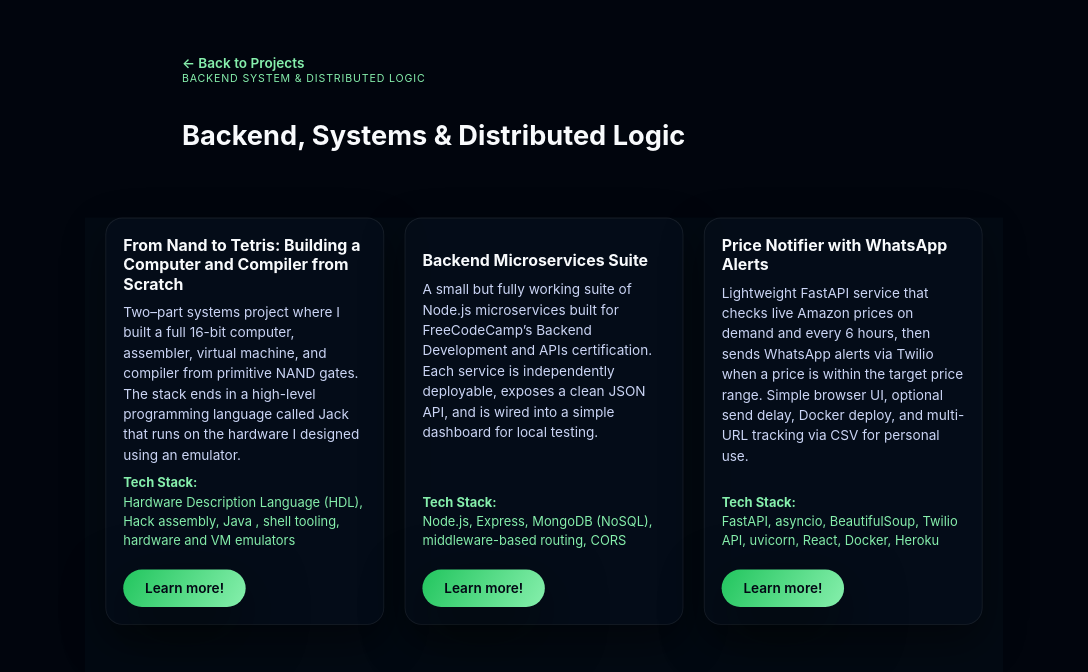
Repository: Abdulaziz-04/Abdulaziz-04.github.io
Page: projects/backend_systems.html
The author's editor kept a copy of each file at every save. The page is drawn from the files as they stood at one save, then again after the next save.
The browser window is 1280 px wide. The pictures show the whole page, at 85% of full size.

Above is the page before, as saved 2025-11-21 17:44:26.

After the next save:
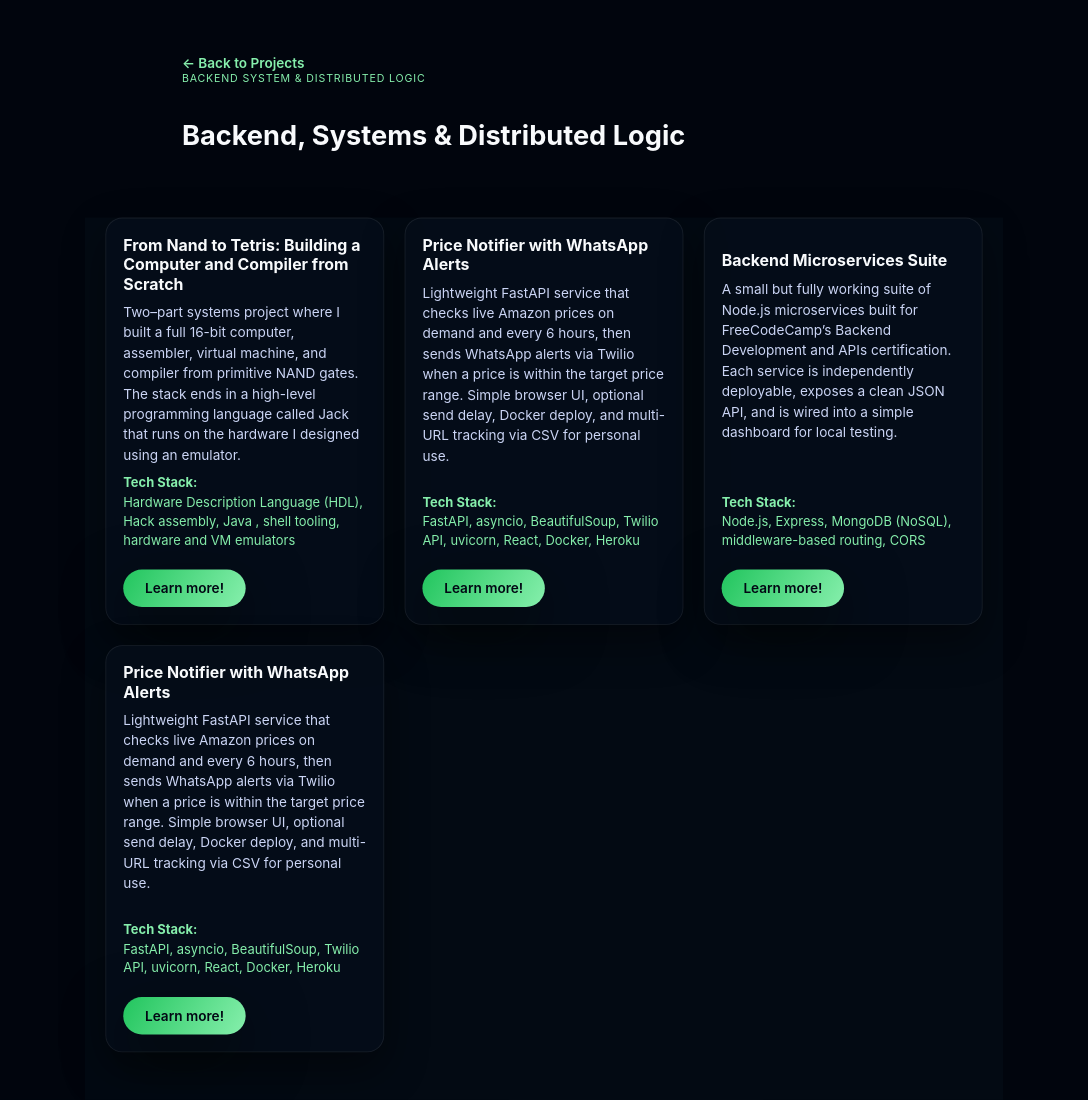
Saved 85 s later.
--- a/projects/backend_systems.html
+++ b/projects/backend_systems.html
@@ -39,6 +39,29 @@
               <a
                 class="btn primary"
                 href="../deepdives/backend_systems/nand2tetris/nand2tetris.html"
+                >Learn more!</a
+              >
+            </div>
+          </div>
+        </article>
+        <article class="project-modal-card">
+          <div class="project-modal__body">
+            <h3>Price Notifier with WhatsApp Alerts</h3>
+            <p class="project-modal__summary">
+              Lightweight FastAPI service that checks live Amazon prices on
+              demand and every 6 hours, then sends WhatsApp alerts via Twilio
+              when a price is within the target price range. Simple browser UI,
+              optional send delay, Docker deploy, and multi-URL tracking via CSV
+              for personal use.
+            </p>
+            <p class="project-modal__tech">
+              <strong>Tech Stack:</strong> FastAPI, asyncio, BeautifulSoup,
+              Twilio API, uvicorn, React, Docker, Heroku
+            </p>
+            <div class="project-modal__actions">
+              <a
+                class="btn primary"
+                href="../deepdives/backend_systems/price_notifier/price_notifier.html"
                 >Learn more!</a
               >
             </div>
